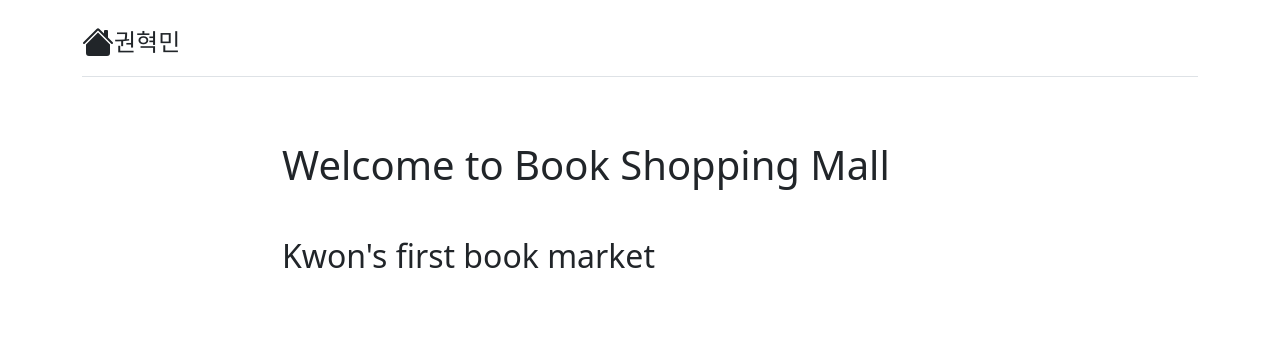
Repository: minn0701/JSP-Webbprogramming
Page: http://localhost/BookMarket/Welcome.jsp
An editor plug-in stored every save of this project. The page is shown before and after the next save, followed by the edit.
The browser window is 1280 px wide. The pictures show the whole page.
The page is served by Tomcat 9.

Above is the page before, as saved 2024-03-20 12:25:14.

After the next save:
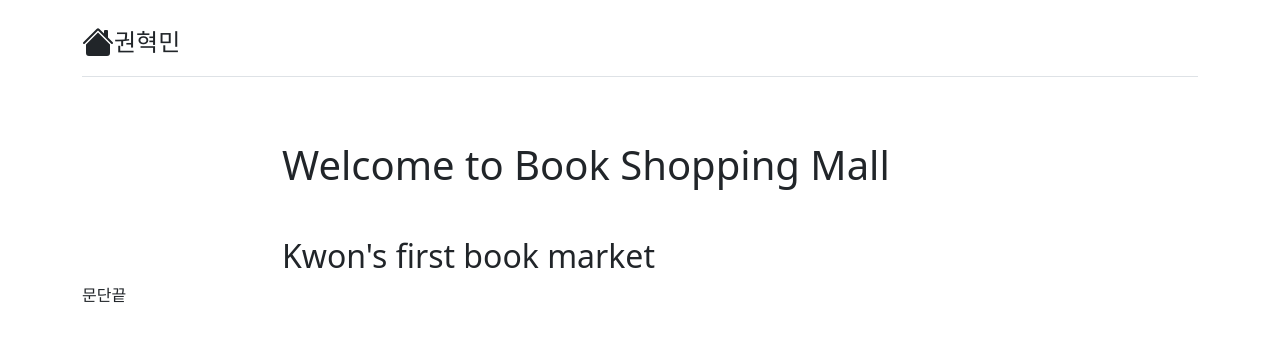
Saved 82 s later.
--- a/BookMarket/src/main/webapp/Welcome.jsp
+++ b/BookMarket/src/main/webapp/Welcome.jsp
@@ -38,8 +38,6 @@
       <p><h1 class="left"><%= greet %> </h1><p><br>
       <h2 class="left"><%= introduce %> </h2>
 
-
-      <b
       문단끝
 
 

After the 2 saves that followed:
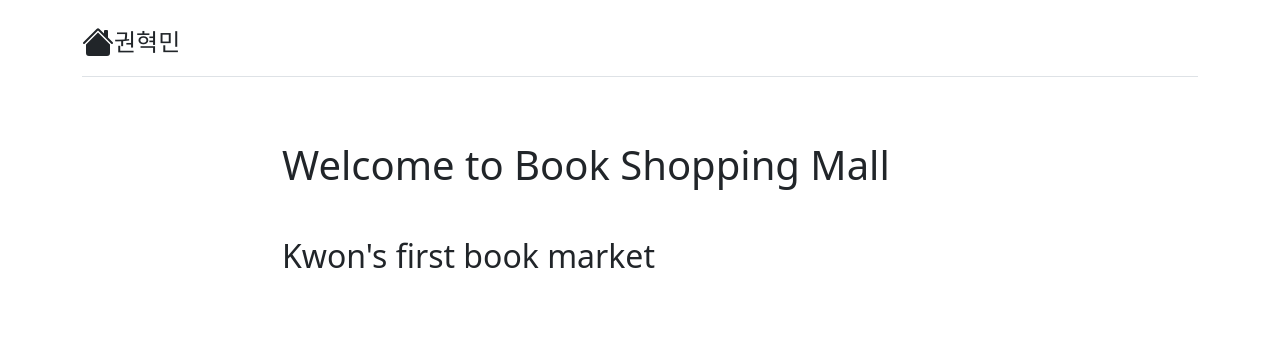
The 2 saves are shown as one change because 1 left the picture as it was.
The last was saved 92 s later.
--- a/BookMarket/src/main/webapp/Welcome.jsp
+++ b/BookMarket/src/main/webapp/Welcome.jsp
@@ -32,13 +32,13 @@
 
 </div>
 
-<div class="container py-10">
+<div class="container py-10" pb-10;>
 
 
       <p><h1 class="left"><%= greet %> </h1><p><br>
       <h2 class="left"><%= introduce %> </h2>
 
-      문단끝
+
 
 
 </div>
